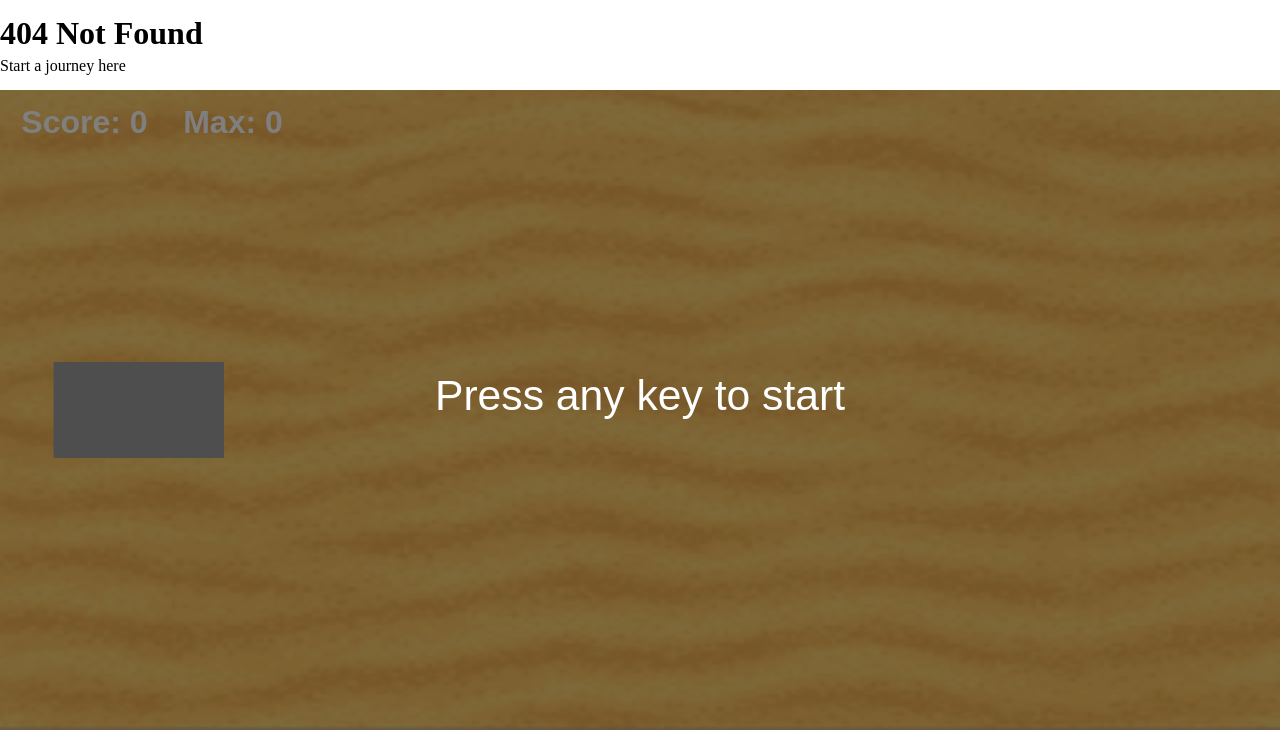
Repository: btgoo/game
Page: car.html
An editor plug-in stored every save of this project. The page is shown before and after the next save, followed by the edit.
The browser window is 1280 px wide. The pictures show the whole page.

Above is the page before, as saved 2025-10-26 02:31:00.

After the next save:
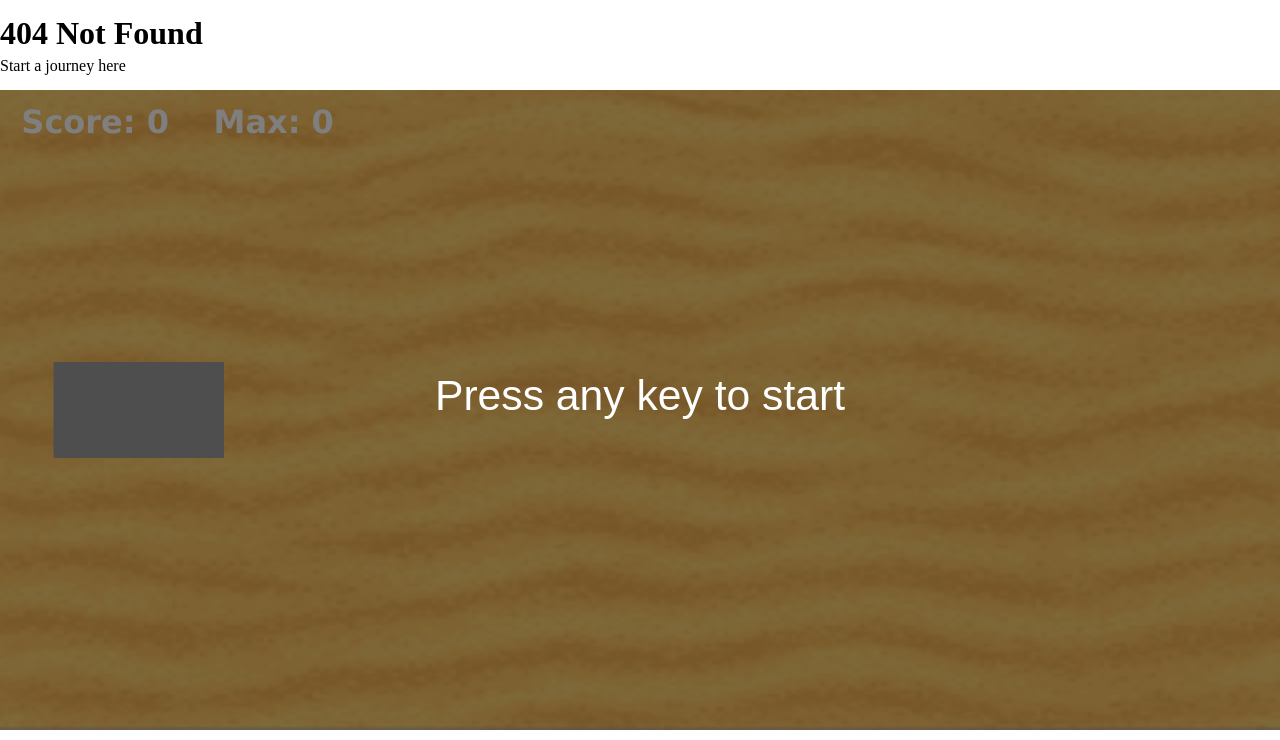
Saved 41 s later.
--- a/carscript.js
+++ b/carscript.js
@@ -127,7 +127,7 @@ function drawScene() {
     ctx.drawImage(backgroundImg, bgX + bgWidth, 0, bgWidth, bgHeight);
 
     ctx.fillStyle = "white";
-    ctx.font = `bold ${30 * scaleRatio}px Arial`;
+    ctx.font = `bold ${30 * scaleRatio}px Verdana`;
     ctx.textAlign = "left";
     ctx.fillText(`Score: ${score}    Max: ${maxScore}`, 20 * scaleRatio, 40 * scaleRatio);
 
